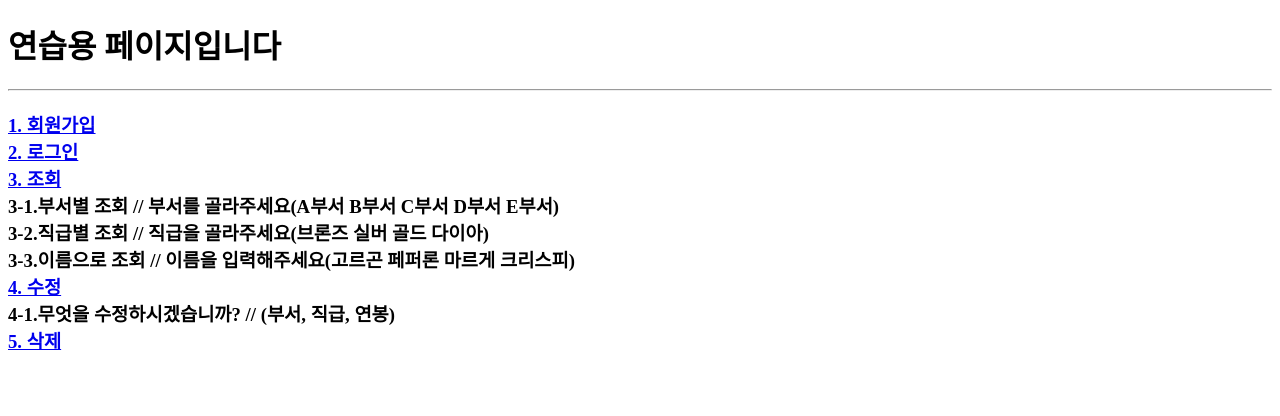
Repository: loseminho/khAcademy-Study
Page: http://localhost/02_SpringMVC_CRUD_TEST/
An editor plug-in stored every save of this project. The page is shown before and after the next save, followed by the edit.
The browser window is 1280 px wide. The pictures show the whole page.
The page is served by Tomcat 9. Other server files are loaded and not shown.

Above is the page before, as saved 2022-09-30 09:09:55.

### spring/workspace-sts-3.9.13.RELEASE/02_SpringMVC_CRUD_TEST/src/main/webapp/index.jsp
<%@ page language="java" contentType="text/html; charset=UTF-8"
    pageEncoding="UTF-8"%>
<!DOCTYPE html>
<html>
<head>
<meta charset="UTF-8">
<title>Insert title here</title>
</head>
<body>
	<h1>연습용 페이지입니다</h1>
	<hr>
	<h3>
		<a href="/">1. 회원가입</a><br>
		<a href="/">2. 로그인</a><br>
		<a href="/">3. 조회</a><br>
		3-1.부서별 조회 // 부서를 골라주세요(A부서  B부서  C부서  D부서  E부서)<br>
		3-2.직급별 조회 // 직급을 골라주세요(브론즈 실버 골드 다이아)<br>
		3-3.이름으로 조회 // 이름을 입력해주세요(고르곤 페퍼론 마르게 크리스피)<br>
		<a href="/">4. 수정</a><br>
		4-1.무엇을 수정하시겠습니까? // (부서, 직급, 연봉)<br>
		<a href="/">5. 삭제</a><br>
	</h3>
</body>
</html>

After the next save:
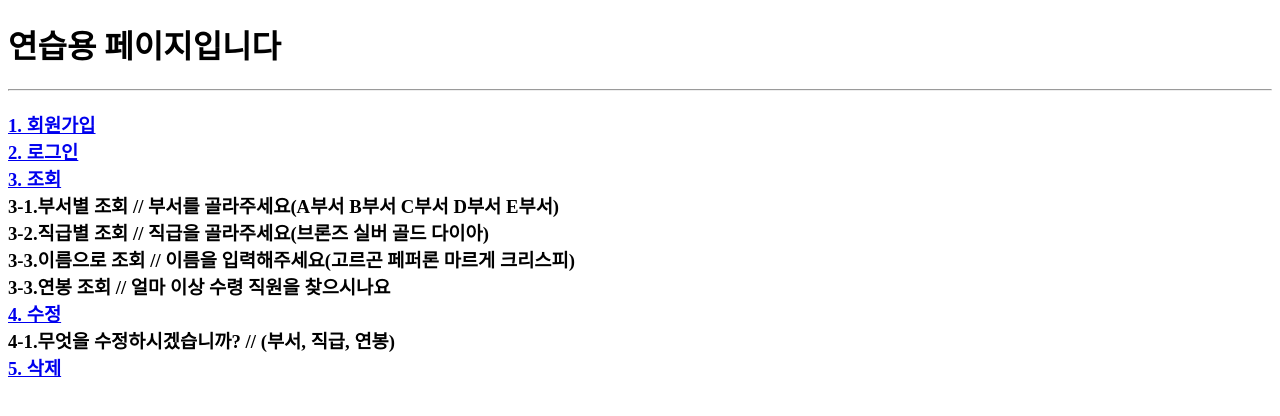
Saved 35 s later.
--- a/spring/workspace-sts-3.9.13.RELEASE/02_SpringMVC_CRUD_TEST/src/main/webapp/index.jsp
+++ b/spring/workspace-sts-3.9.13.RELEASE/02_SpringMVC_CRUD_TEST/src/main/webapp/index.jsp
@@ -16,6 +16,7 @@
 		3-1.부서별 조회 // 부서를 골라주세요(A부서  B부서  C부서  D부서  E부서)<br>
 		3-2.직급별 조회 // 직급을 골라주세요(브론즈 실버 골드 다이아)<br>
 		3-3.이름으로 조회 // 이름을 입력해주세요(고르곤 페퍼론 마르게 크리스피)<br>
+		3-3.연봉 조회 // 얼마 이상 수령 직원을 찾으시나요<br>
 		<a href="/">4. 수정</a><br>
 		4-1.무엇을 수정하시겠습니까? // (부서, 직급, 연봉)<br>
 		<a href="/">5. 삭제</a><br>
